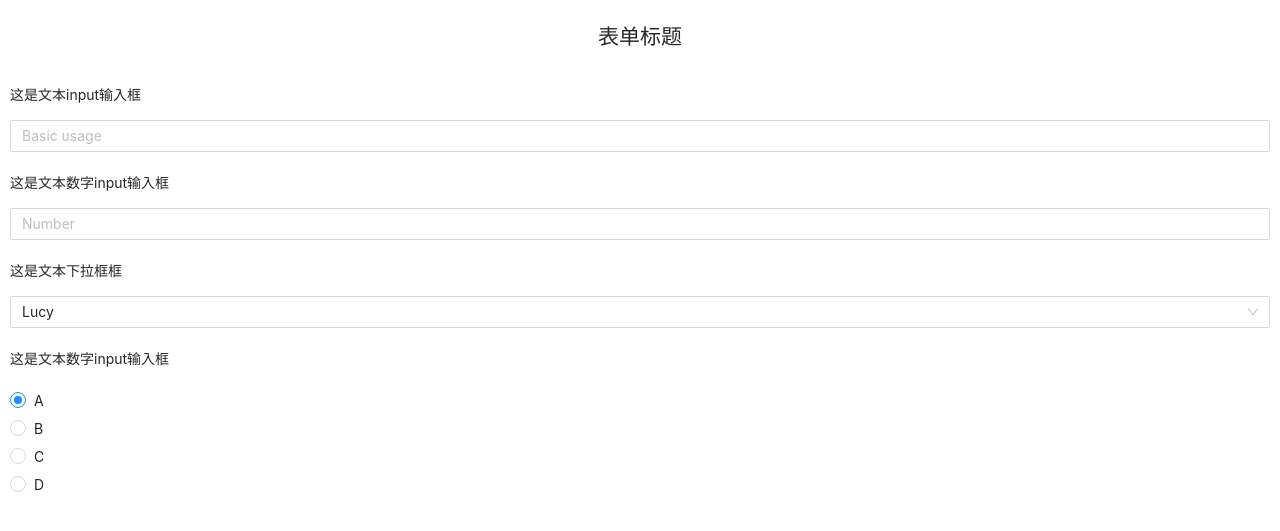
Repository: yangdi1993/form
Page: /
An editor plug-in stored every save of this project. The page is shown before and after the next save, followed by the edit.
The browser window is 1280 px wide. The pictures show the whole page.
The project was rebuilt for these pictures with package versions that can differ from the ones it lists, and the page was loaded fresh each time.

Above is the page before, as saved 2020-04-02 11:14:53.

### src/App.js
import React from 'react';
import './App.scss';
import { Input ,InputNumber, Select, Radio  } from 'antd';
const { Option } = Select;
class App extends React.Component {
  state = {
    Radiovalue: 1,
  };
  radioChange = e => {
    console.log('radio checked', e.target.value);
    this.setState({
      Radiovalue: e.target.value,
    });
  };
  render () {
    return (
      <div className="App">
        <div className="form-head">
          <h2>表单标题</h2>
        </div>
        <div className="question-list">
          <div className="question-cell">
            <p className="input-title">这是文本input输入框</p>
            <Input placeholder="Basic usage" />
          </div>
          <div className="question-cell">
            <p className="numinput-title">这是文本数字input输入框</p>
            <InputNumber min={1} max={10} placeholder="Number" className="number-input" />
          </div>
          <div className="question-cell">
            <p className="select-title">这是文本下拉框框</p>
            <Select defaultValue="lucy" className="width-full">
              <Option value="jack">Jack</Option>
              <Option value="lucy">Lucy</Option>
              <Option value="disabled">disabled</Option>
              <Option value="Yiminghe">yiminghe</Option>
            </Select>
          </div>
          <div className="question-cell">
            <p className="numinput-title">这是文本数字input输入框</p>
            <Radio.Group onChange={this.radioChange} value={this.state.Radiovalue}>
              <Radio className="style-block" value={1}>A</Radio>
              <Radio className="style-block" value={2}>B</Radio>
              <Radio className="style-block" value={3}>C</Radio>
              <Radio className="style-block" value={4}>D</Radio>
            </Radio.Group>
          </div>
        </div>
        <div className="form-submit">
        </div>
      </div>
    )
  }
}



export default App;

### src/App.scss
@import '~antd/dist/antd.css';
.App {
  text-align: left;
}
.ar-App {
  direction: rtl;
  unicode-bidi: isolate
}
.form-head{
  text-align: center;
  padding: 20px;
}
.question-list{
  padding: 0 10px;
  .question-cell{
    margin-bottom: 20px;
  }
  .input-title{

  }
  .number-input{
    width: 100%;
  }
}


.width-full{
  width: 100%;
}

.style-block{
  display: block;
  width: 100%;
}

Loaded but not shown: public/index.html (common file); src/index.js (common file); src/index.css (common file); src/serviceWorker.js (common file)

After the next save:
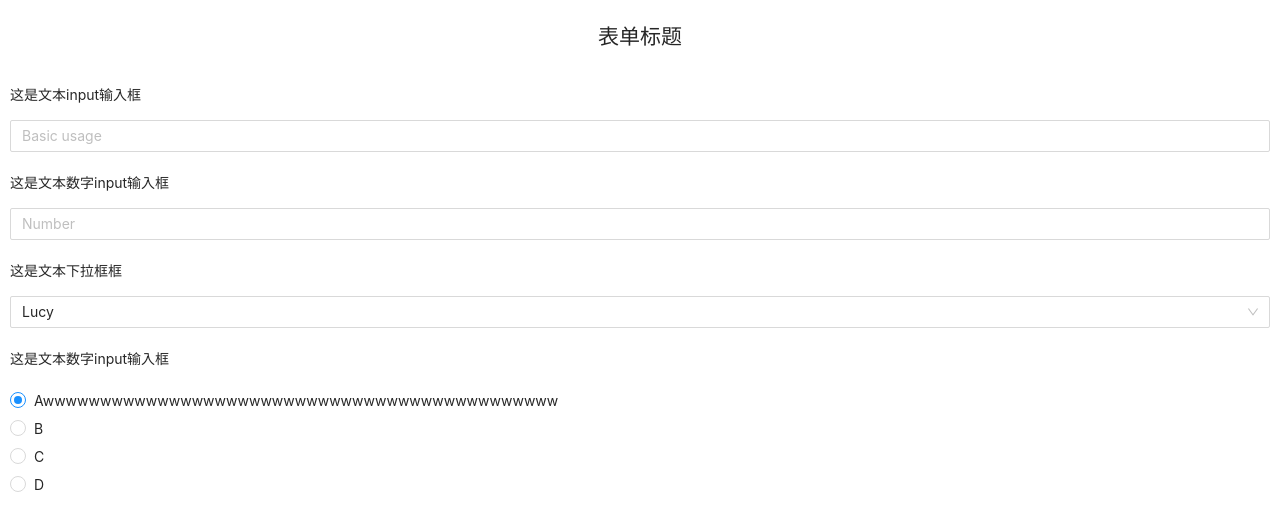
Saved 30 s later.
--- a/src/App.js
+++ b/src/App.js
@@ -39,7 +39,7 @@ class App extends React.Component {
           <div className="question-cell">
             <p className="numinput-title">这是文本数字input输入框</p>
             <Radio.Group onChange={this.radioChange} value={this.state.Radiovalue}>
-              <Radio className="style-block" value={1}>A</Radio>
+              <Radio className="style-block" value={1}>Awwwwwwwwwwwwwwwwwwwwwwwwwwwwwwwwwwwwwwwwwwwww</Radio>
               <Radio className="style-block" value={2}>B</Radio>
               <Radio className="style-block" value={3}>C</Radio>
               <Radio className="style-block" value={4}>D</Radio>
